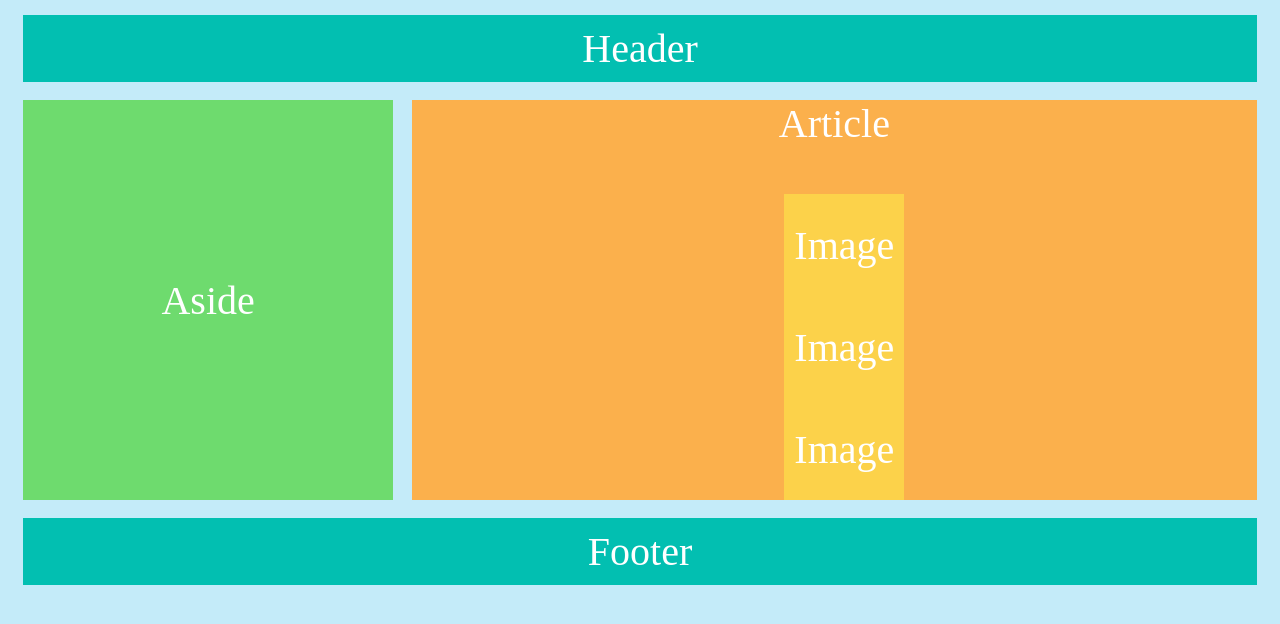
Repository: huyennvo/CSS
Page: flex-css-example/index.html
An editor plug-in stored every save of this project. The page is shown before and after the next save, followed by the edit.
The browser window is 1280 px wide. The pictures show the whole page.

Above is the page before, as saved 2022-07-18 13:43:46.

After the next save:
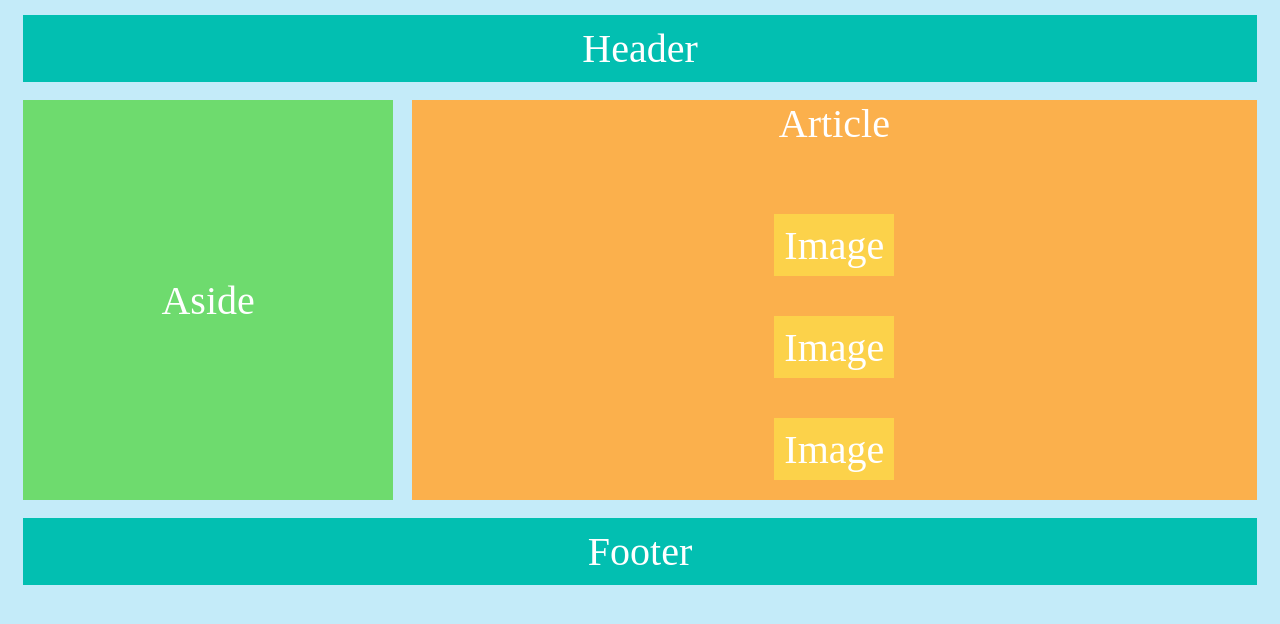
Saved 63 s later.
--- a/flex-css-example/index.css
+++ b/flex-css-example/index.css
@@ -71,6 +71,6 @@ html {
      align-items: center;
      width: 120px;
      height: 40%;
-     margin-left: 20px;
+     margin: 20px;
 
 }
